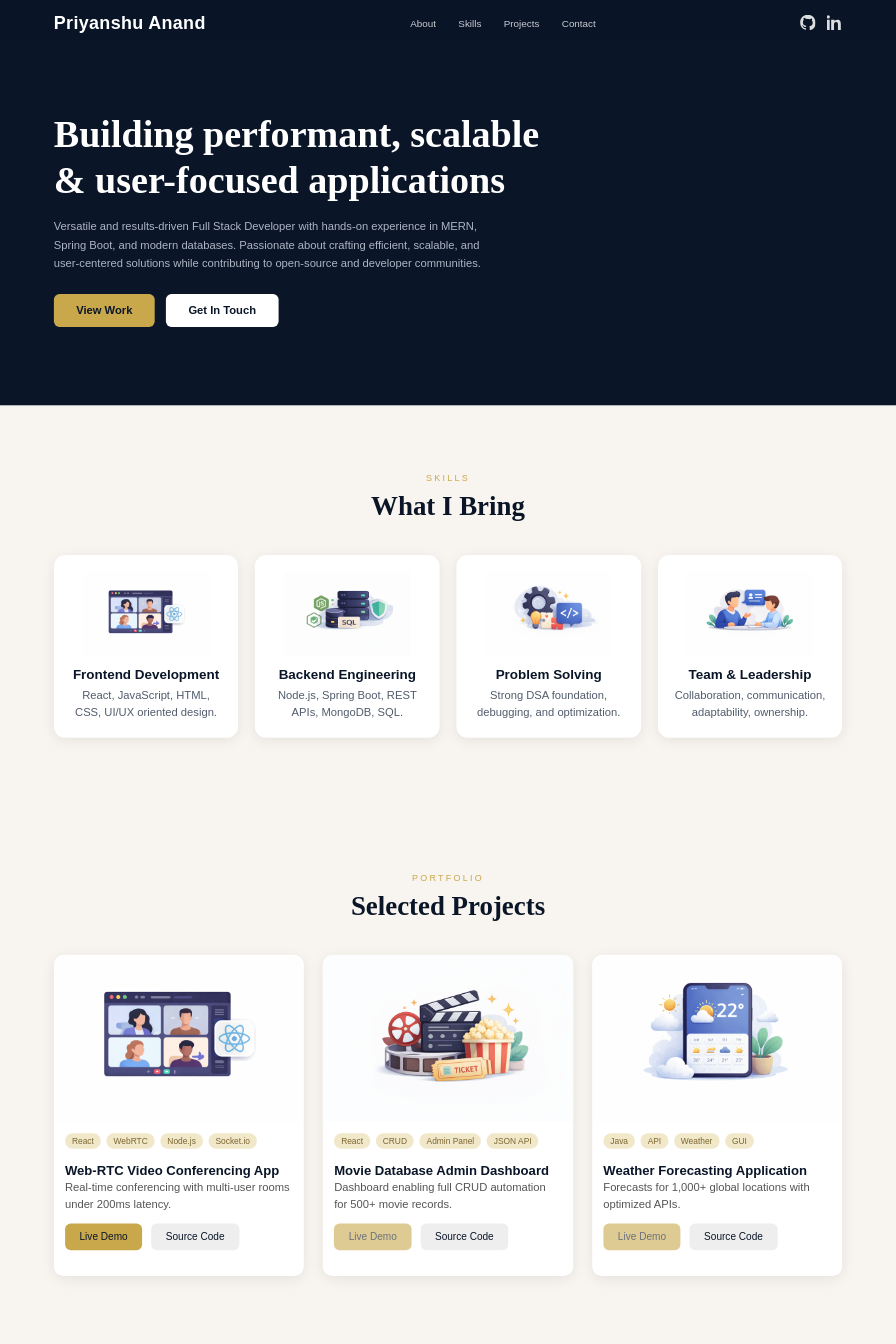
Repository: priyanshuanand12022/My-Portfolio
Page: /
These files come from the project's save history. The page is drawn as it stood at one moment and after a run of saves; the edit follows.
The browser window is 1280 px wide. The pictures show the part of the page from y = 0 to 1920 px (the page is 2746 px tall), at 70% of full size.
The project was rebuilt for these pictures with package versions that can differ from the ones it lists, and the page was loaded fresh each time. Also part of the build but not shown: vite.config.js.

Above is the page before, as saved 2026-02-25 23:13:52.

After the next 2 saves:
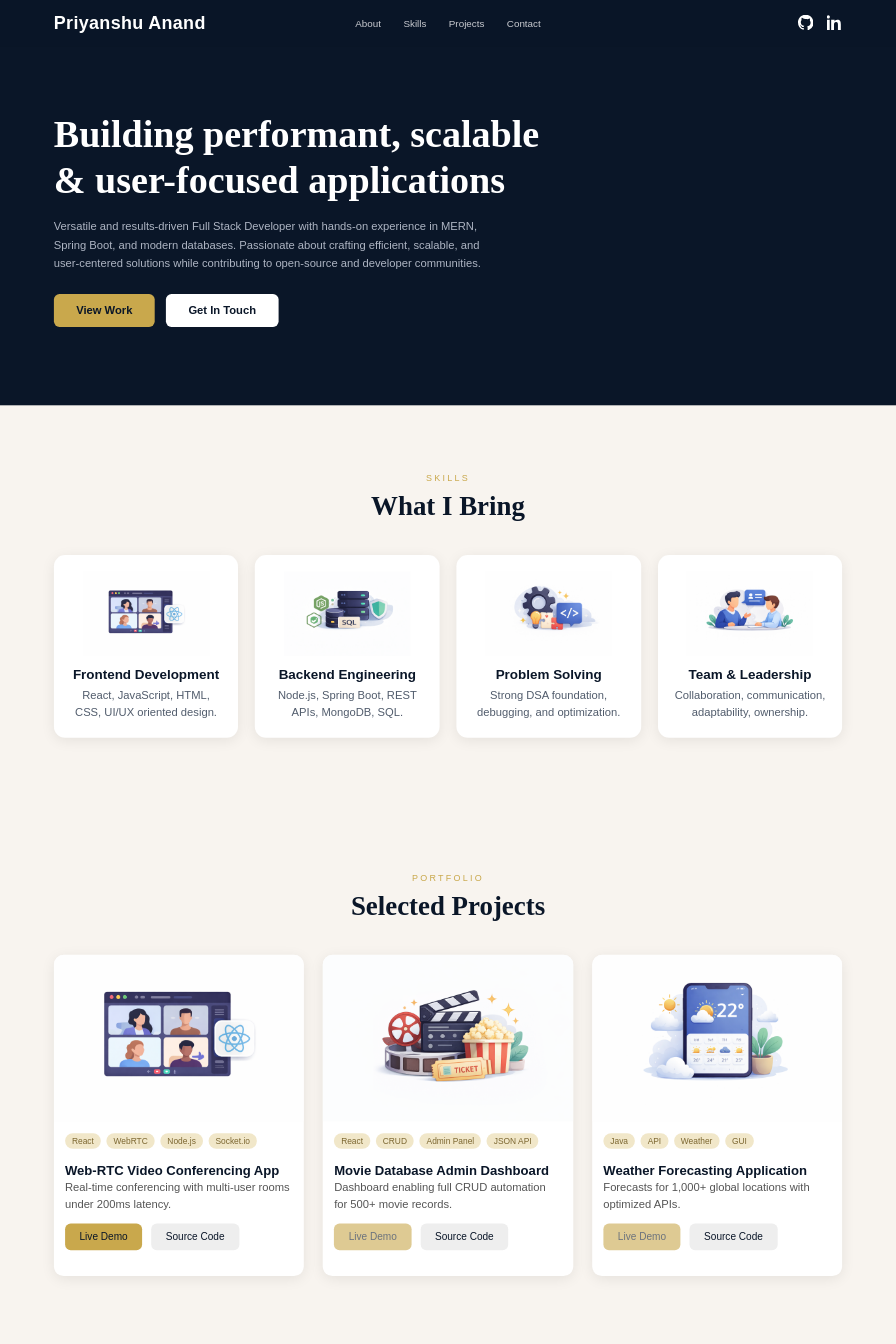
The 2 saves are shown as one change because they came seconds apart.
The last was saved 88 s later.
--- a/src/Portfolio.jsx
+++ b/src/Portfolio.jsx
@@ -51,37 +51,28 @@
 
       {/* ================= NAVBAR ================= */}
       <nav className="nav">
-        <div className="nav-logo">
-          Priyanshu<span> </span>Anand
-        </div>
-
-        <ul className="nav-links">
-          {["About", "Skills", "Projects", "Contact"].map((s) => (
-            <li key={s}>
-              <a href={`#${s.toLowerCase()}`}>{s}</a>
-            </li>
-          ))}
-        </ul>
-
-        {/* Social Icons */}
-        <div className="nav-social">
-          <a
-            href="https://github.com/priyanshuanand12022"
-            target="_blank"
-            rel="noopener noreferrer"
-          >
-            <img src="/github.svg" alt="GitHub" className="icon" />
-          </a>
-
-          <a
-            href="https://www.linkedin.com/in/priyanshu-anand-213315353"
-            target="_blank"
-            rel="noopener noreferrer"
-          >
-            <img src="/linkedin.svg" alt="LinkedIn" className="icon" />
-          </a>
-        </div>
-      </nav>
+  {/* Left Section */}
+  <div className="nav-logo">Priyanshu Anand</div>
+
+  {/* Center Section */}
+  <ul className="nav-center">
+    <li><a href="#about">About</a></li>
+    <li><a href="#skills">Skills</a></li>
+    <li><a href="#projects">Projects</a></li>
+    <li><a href="#contact">Contact</a></li>
+  </ul>
+
+  {/* Right Section */}
+  <div className="nav-right">
+    <a href="https://github.com/priyanshuanand12022" target="_blank">
+      <img className="icon" src="/github.svg" alt="GitHub" />
+    </a>
+
+    <a href="https://www.linkedin.com/in/priyanshu-anand-213315353" target="_blank">
+      <img className="icon" src="/linkedin.svg" alt="LinkedIn" />
+    </a>
+  </div>
+</nav>
 
       {/* ================= HERO ================= */}
       <section id="about" className="hero">
